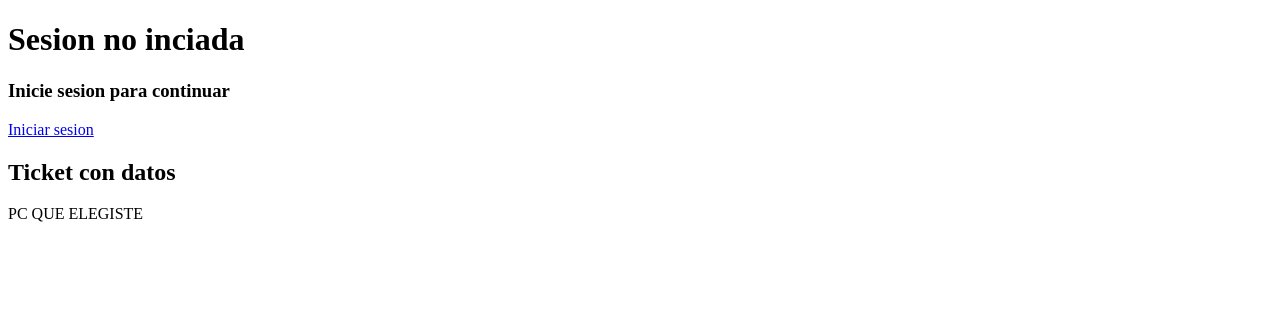
Repository: maxigarrett/2doAnio2doCuatrimestre
Page: http://localhost/primeraWeb1/ManejoSesiones/ticket.jsp
An editor plug-in stored every save of this project. The page is shown before and after the next save, followed by the edit.
The browser window is 1280 px wide. The pictures show the whole page.
The page is served by Tomcat 9.

Above is the page before, as saved 2020-11-07 18:46:23.

After the next save:
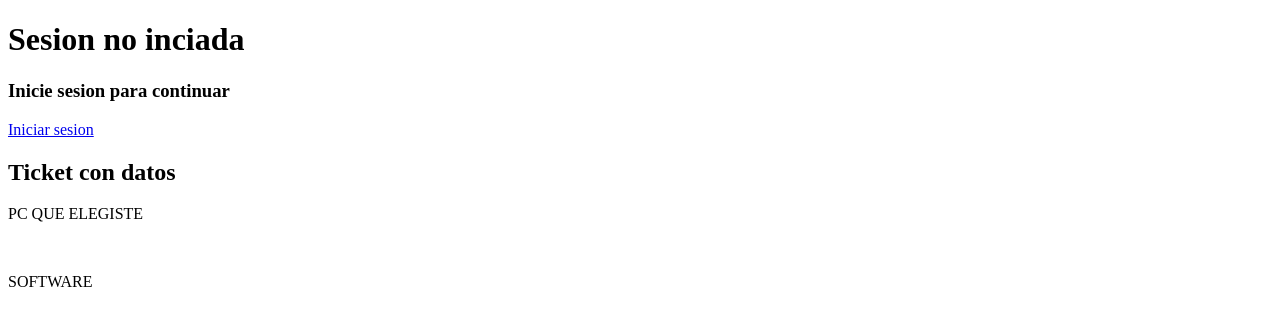
Saved 2 min 1 s later.
--- a/tec java eclipse/primeraWeb1/WebContent/ManejoSesiones/ticket.jsp
+++ b/tec java eclipse/primeraWeb1/WebContent/ManejoSesiones/ticket.jsp
@@ -44,7 +44,8 @@
 		if (media != null){
 			out.print("<p>pc: "+media+ "</p>");
 		}
-
+		out.print("<br>");
+		out.print("<p>SOFTWARE</p>");
 		//partes software
 		if (windows != null){
 			out.print("<p>softaware de PC: "+windows+ "</p>");
